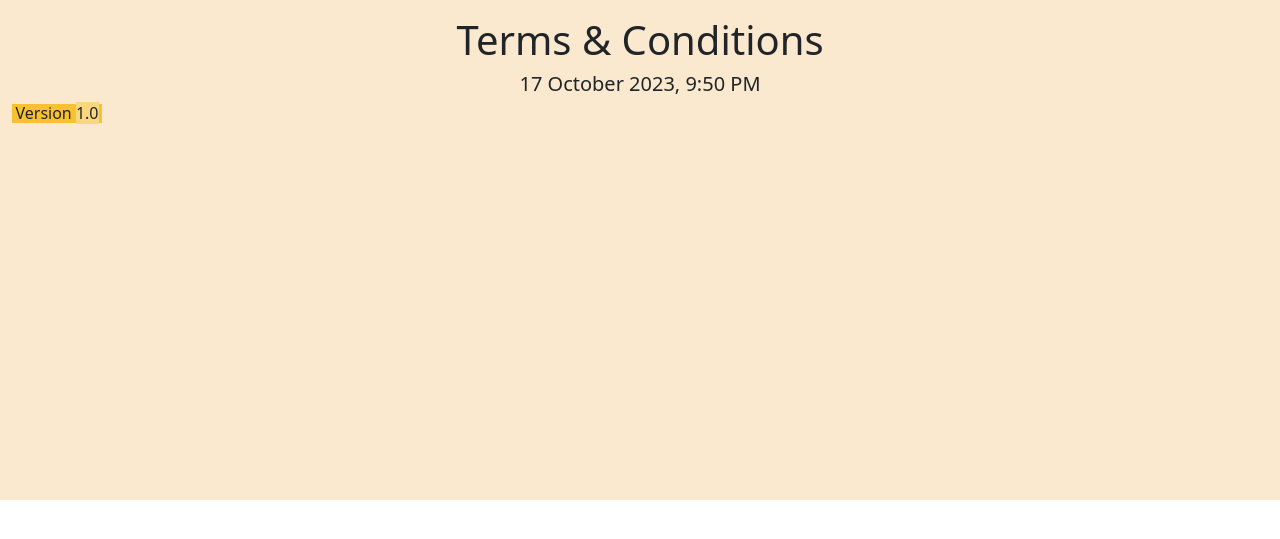
Repository: injectGroup/github.io
Page: terms.html
The author's editor kept a copy of each file at every save. The page is drawn from the files as they stood at one save, then again after the next save.
The browser window is 1280 px wide. The pictures show the whole page.

Above is the page before, as saved 2023-11-29 14:26:56.

After the next save:
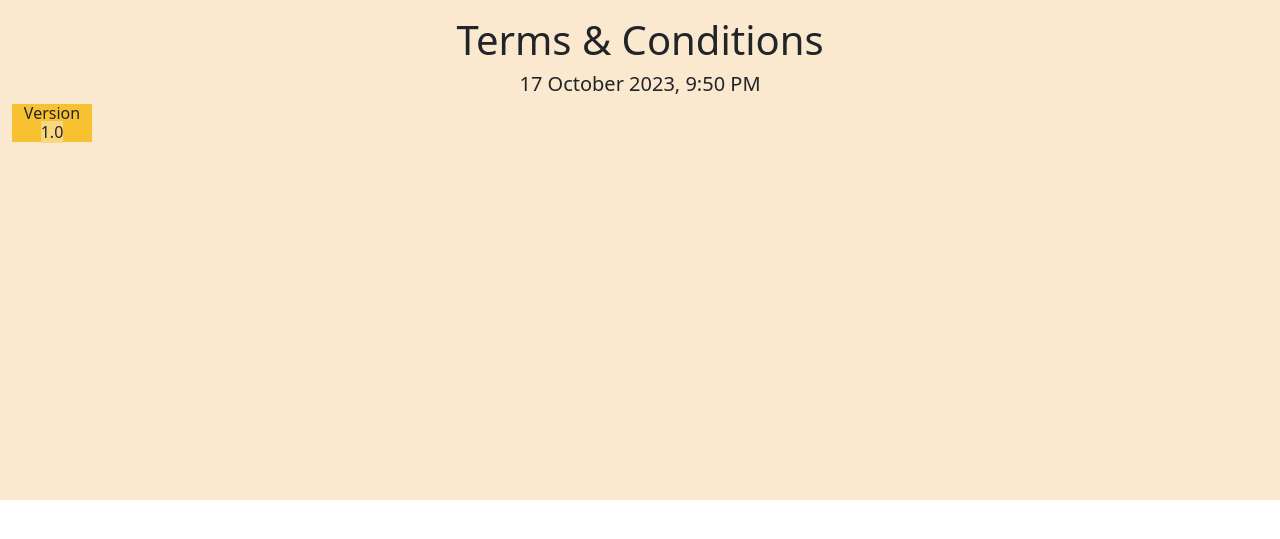
Saved 12 s later.
--- a/gouldwalletlegal/css/gouldcustom.css
+++ b/gouldwalletlegal/css/gouldcustom.css
@@ -21,8 +21,8 @@
 }
 
 .version {
-    width: 90px;
     background-color: #F7C132;
+    width: 80px;
 }
 
 .version-number {
